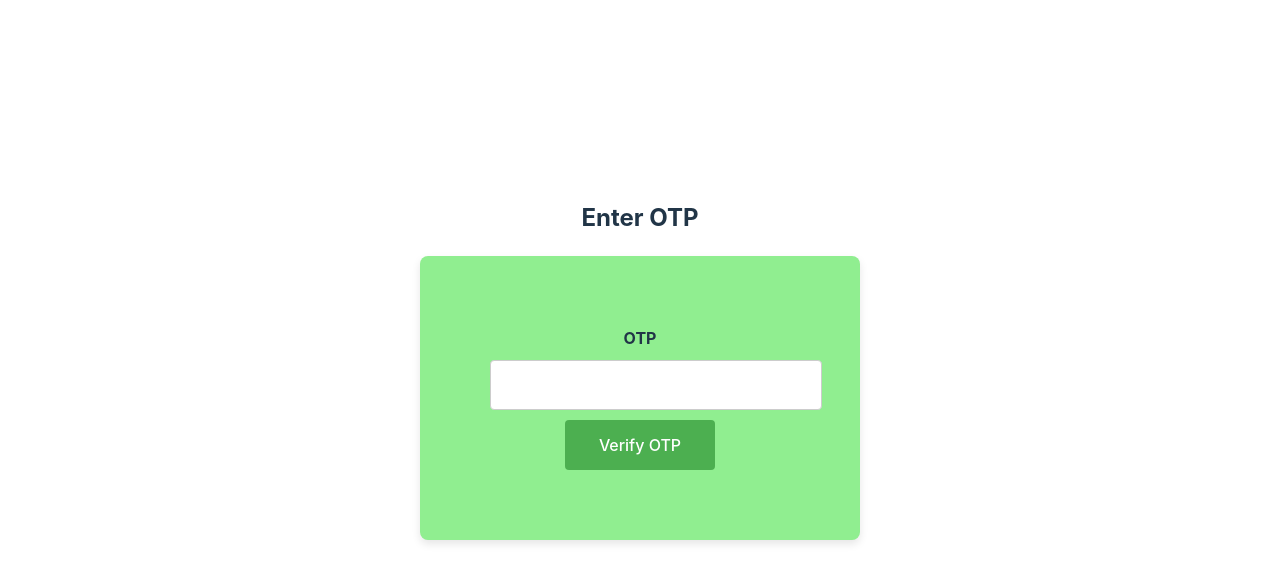
Repository: sarathraj2002/MockTest
Page: /check (app in Frontend/)
The author's editor kept a copy of each file at every save. The page is drawn from the files as they stood at one save, then again after a run of saves.
The browser window is 1280 px wide. The pictures show the whole page.
The project was rebuilt for these pictures with package versions that can differ from the ones it lists, and the page was loaded fresh each time. Also part of the build but not shown: Frontend/vite.config.js, Frontend/src/components/Otp.jsx, Frontend/src/components/Home.jsx.

Above is the page before, as saved 2024-11-13 17:18:40.

### Frontend/index.html
<!doctype html>
<html lang="en">
  <head>
    <meta charset="UTF-8" />
    <link rel="icon" type="image/svg+xml" href="/vite.svg" />
    <meta name="viewport" content="width=device-width, initial-scale=1.0" />
    <title>MockTest</title>
  </head>
  <body>
    <div id="root"></div>
    <script type="module" src="/src/main.jsx"></script>
  </body>
</html>

### Frontend/src/main.jsx
import { StrictMode } from 'react'
import { createRoot } from 'react-dom/client'
import App from './App.jsx'
import './index.css'
import { BrowserRouter } from 'react-router-dom'


createRoot(document.getElementById('root')).render(
  <StrictMode>
     <BrowserRouter>
    <App />
    </BrowserRouter>
  </StrictMode>,
)

### Frontend/src/App.jsx
import { useState } from 'react'
import './App.css'
import Otp from './components/Otp'
import { Home } from './components/Home'
import { Route,Routes,useNavigate } from 'react-router-dom'
import Mail from './components/Mail'

function App() {
  const [email, setEmail] = useState('');
  const navigate = useNavigate();
  const handleEmailSubmit=(email)=>{
    setEmail(email);
    navigate('/check');
  }


  return (
    <>
    <Routes>
      <Route path='/' element={<Otp onEmailSubmit={handleEmailSubmit}/>}></Route>
      <Route path='/check' element={<Mail/>}></Route>
      <Route path='/home' element={<Home/>}></Route>
    </Routes>
    </>
  )
}

export default App

### Frontend/src/components/Mail.jsx
import React, { useState } from 'react';
import axios from 'axios';
import { useNavigate } from 'react-router-dom';

function OTPForm({ email, onOTPVerify }) {
  const [otp, setOtp] = useState('');
  const [errorMessage, setErrorMessage] = useState('');
  const navigate = useNavigate();

  const handleSubmit = async (e) => {
    e.preventDefault();

    try {
      const response = await axios.post('http://localhost:5000/api/verify-otp', {
        otp
      });
      const data = response.data;

      if (data.valid) {
        navigate('/home');
      } else {
        setErrorMessage(data.message || 'Invalid OTP. Please try again.');
      }
    } catch (error) {
      console.error('Error verifying OTP:', error);
      setErrorMessage('An error occurred while verifying OTP.');
    }
  };

  const formStyle = {
    width: '300px',
    margin: '0 auto',
    padding: '70px',
    backgroundColor: 'lightgreen',
    borderRadius: '8px',
    boxShadow: '0 4px 8px rgba(0, 0, 0, 0.1)',
  };

  const inputStyle = {
    width: '100%',
    padding: '15px',
    margin: '10px 0',
    borderRadius: '4px',
    border: '1px solid #ccc',
    fontSize: '16px',
  };

  const buttonStyle = {
    width: '50%',
    padding: '15px',

    backgroundColor: '#4CAF50',
    color: 'white',
    fontSize: '16px',
    border: 'none',
    borderRadius: '4px',
    cursor: 'pointer',
  };

  const buttonHoverStyle = {
    backgroundColor: '#45a049',
  };

  const errorMessageStyle = {
    color: 'red',
    marginTop: '10px',
    textAlign: 'center',
  };

  return (
    <div style={{ padding: '50px 20px', textAlign: 'center' }}>
      <h2 style={{ marginBottom: '20px' }}>Enter OTP</h2>
      <form onSubmit={handleSubmit} style={formStyle}>
        <label style={{ fontSize: '16px', fontWeight: 'bold', marginBottom: '10px' }}>OTP</label>
        <input
          type="text"
          value={otp}
          onChange={(e) => setOtp(e.target.value)}
          required
          maxLength="4"
          style={inputStyle}
        />
        <button type="submit" style={buttonStyle} onMouseEnter={(e) => e.target.style.backgroundColor = buttonHoverStyle.backgroundColor} onMouseLeave={(e) => e.target.style.backgroundColor = buttonStyle.backgroundColor}>
          Verify OTP
        </button>
      </form>
      {errorMessage && <p style={errorMessageStyle}>{errorMessage}</p>}
    </div>
  );
}

export default OTPForm;

Loaded but not shown: Frontend/src/index.css (common file); Frontend/src/App.css (common file)

After the next 4 saves:
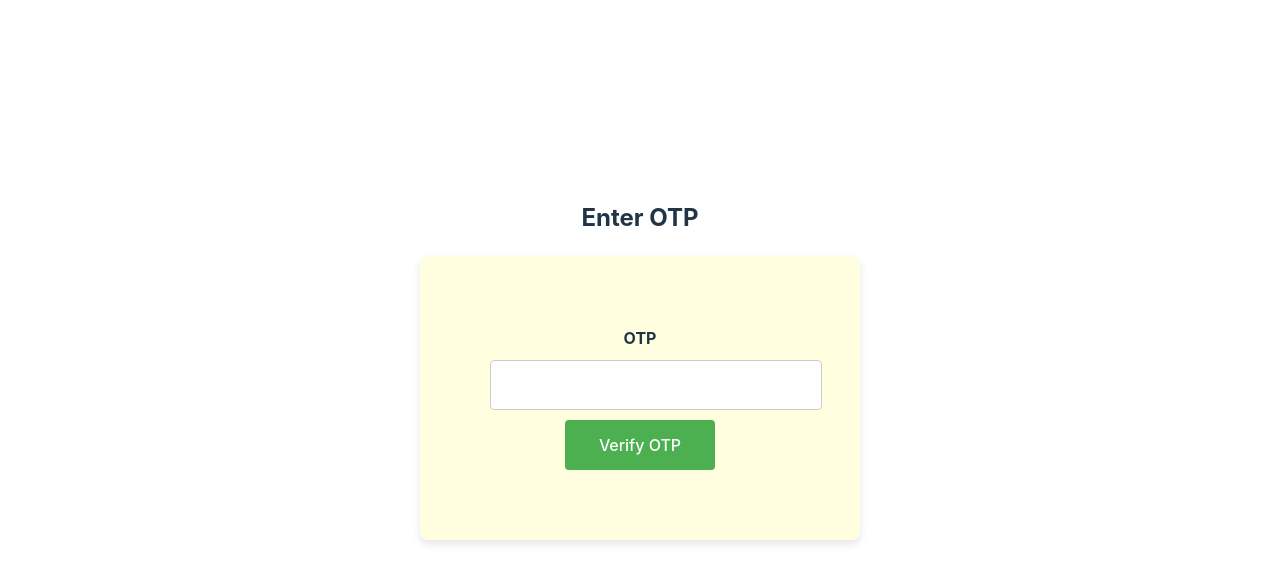
The 4 saves are shown as one change because they came seconds apart.
The last was saved 17 s later.
--- a/Frontend/src/components/Mail.jsx
+++ b/Frontend/src/components/Mail.jsx
@@ -31,7 +31,7 @@ function OTPForm({ email, onOTPVerify }) {
     width: '300px',
     margin: '0 auto',
     padding: '70px',
-    backgroundColor: 'lightgreen',
+    backgroundColor: 'lightyellow',
     borderRadius: '8px',
     boxShadow: '0 4px 8px rgba(0, 0, 0, 0.1)',
   };
